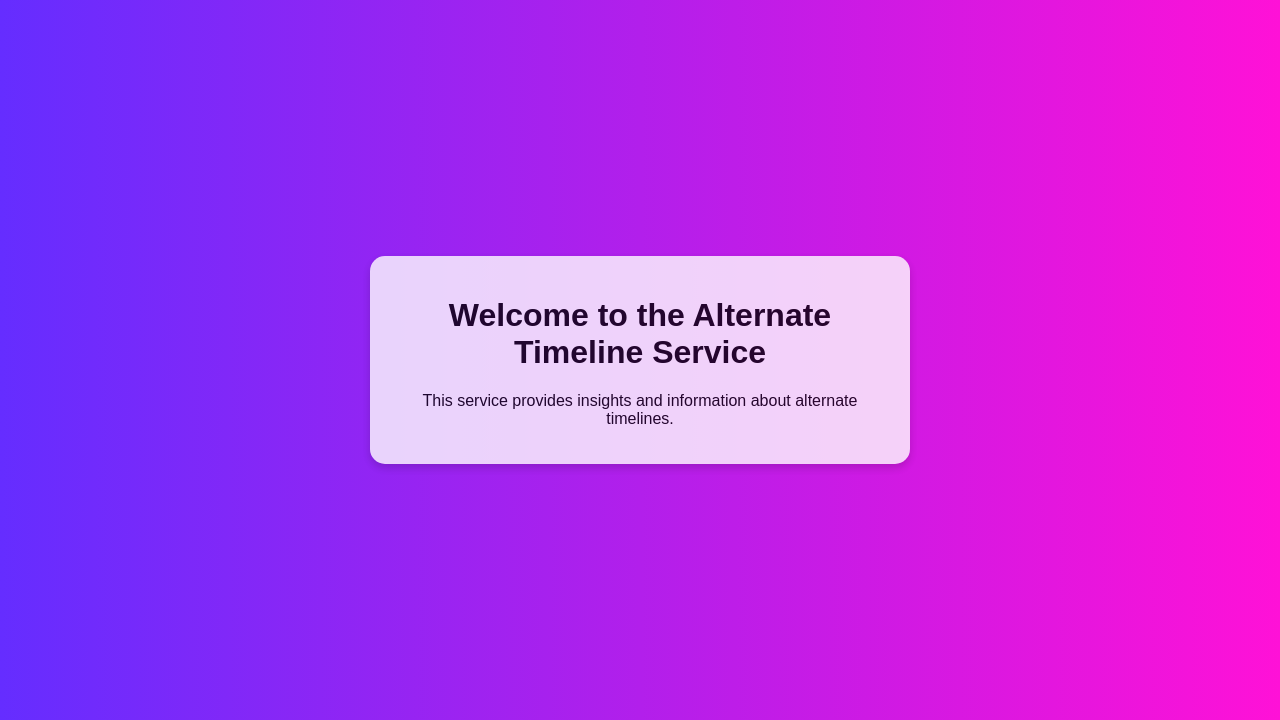
Repository: JovKun/DecisionCraft
Page: service/index.html
These files come from the project's save history. The page is drawn as it stood at one moment and after the next save; the edit follows.
The browser window is 1280 px wide. The pictures show the whole page.

Above is the page before, as saved 2026-01-31 12:47:25.
Not found: service/script.js

After the next save:
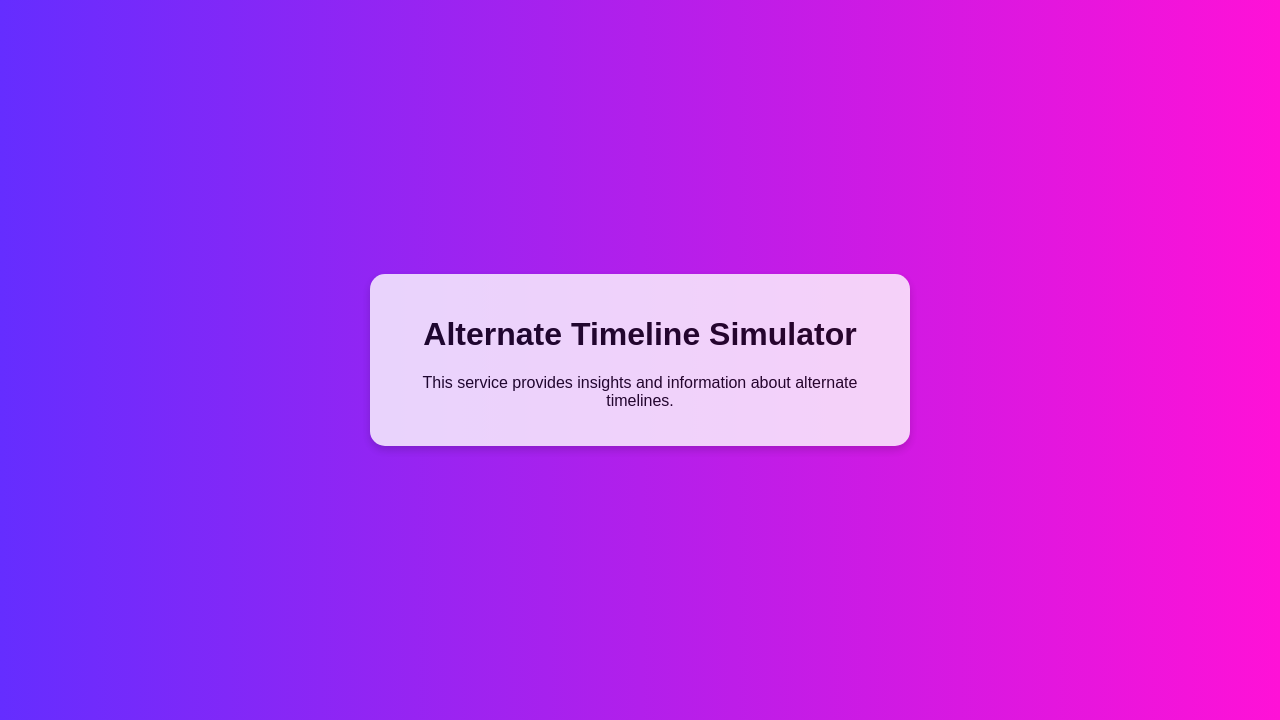
Saved 36 s later.
--- a/service/index.html
+++ b/service/index.html
@@ -8,7 +8,7 @@
 </head>
 <body>
     <div id="timeline-container" class="container">
-        <h1>Welcome to the Alternate Timeline Service</h1>
+        <h1>Alternate Timeline Simulator</h1>
         <p>This service provides insights and information about alternate timelines.</p>
     </div>
 
